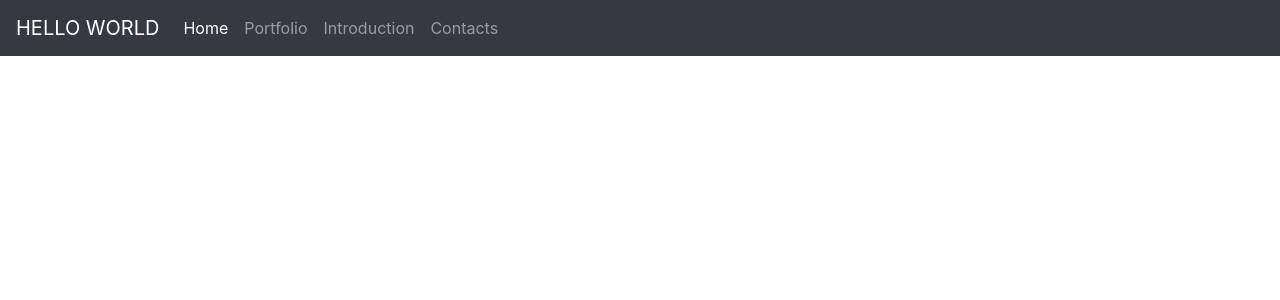
Repository: Code-Institute-Submissions/Zaidcoll-Project1
Page: index.html
The author's editor kept a record of every edit. The page is drawn from the files as they stood at one moment, then again after the next edit.
The browser window is 1280 px wide. The pictures show the whole page.

Above is the page before.

### index.html
<!doctype html>
<html lang="en">
  <head>
    <meta charset="utf-8">
    <meta name="viewport" content="width=device-width, initial-scale=1, shrink-to-fit=no">

    <!-- Bootstrap CSS -->
    <link rel="stylesheet" href="https://stackpath.bootstrapcdn.com/bootstrap/4.3.1/css/bootstrap.min.css" integrity="sha384-ggOyR0iXCbMQv3Xipma34MD+dH/1fQ784/j6cY/iJTQUOhcWr7x9JvoRxT2MZw1T" crossorigin="anonymous">

    <title>Resume</title>
  </head>
  <body>
    <nav class="navbar navbar-expand-lg navbar-dark bg-dark">
		<a class="navbar-brand" href="#">HELLO WORLD</a>
      <button class="navbar-toggler" type="button" data-toggle="collapse" data-target="#navbarSupportedContent" aria-controls="navbarSupportedContent" aria-expanded="false" aria-label="Toggle navigation">
        <span class="navbar-toggler-icon"></span>
      </button>

    <div class="collapse navbar-collapse" id="navbarSupportedContent">
      <ul class="navbar-nav mr-auto">
        <li class="nav-item active">
          <a class="nav-link" href="#">Home <span class="sr-only">(current)</span></a>
          <li> <a class="nav-link" href="#">Portfolio</a></li>
          <li>  <a class="nav-link" href="#">Introduction</a></li>
          <li>  <a class="nav-link" href="#">Contacts</a></li>
        </li>
      </ul>
    </div>
  </nav>



    <script src="https://code.jquery.com/jquery-3.3.1.slim.min.js" integrity="sha384-q8i/X+965DzO0rT7abK41JStQIAqVgRVzpbzo5smXKp4YfRvH+8abtTE1Pi6jizo" crossorigin="anonymous"></script>
    <script src="https://cdnjs.cloudflare.com/ajax/libs/popper.js/1.14.7/umd/popper.min.js" integrity="sha384-UO2eT0CpHqdSJQ6hJty5KVphtPhzWj9WO1clHTMGa3JDZwrnQq4sF86dIHNDz0W1" crossorigin="anonymous"></script>
    <script src="https://stackpath.bootstrapcdn.com/bootstrap/4.3.1/js/bootstrap.min.js" integrity="sha384-JjSmVgyd0p3pXB1rRibZUAYoIIy6OrQ6VrjIEaFf/nJGzIxFDsf4x0xIM+B07jRM" crossorigin="anonymous"></script>
  </body>
</html>

### style.css
body{
    background-color:grey;
}
.hero{
  color:rgb(255, 255, 255);
  background-image:url(Images/hero-image.jpg);
  height:100vh;
  background-size:cover;
  padding-bottom:10vh;
}

After the next edit:
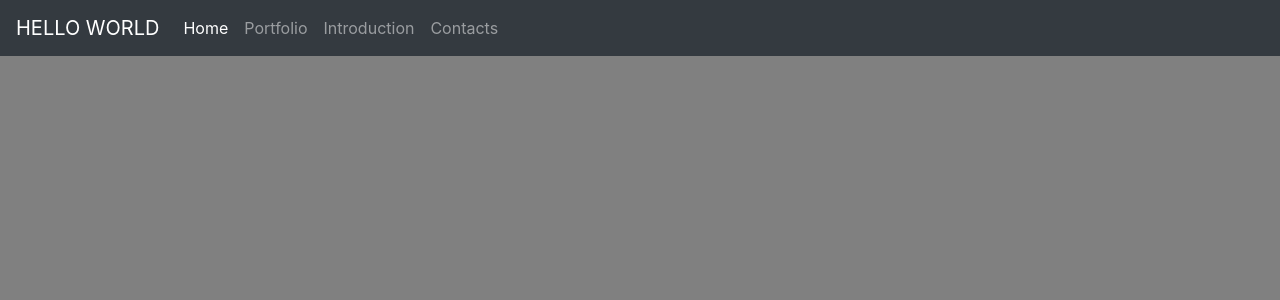
The edit:
--- a/index.html
+++ b/index.html
@@ -6,7 +6,7 @@
 
     <!-- Bootstrap CSS -->
     <link rel="stylesheet" href="https://stackpath.bootstrapcdn.com/bootstrap/4.3.1/css/bootstrap.min.css" integrity="sha384-ggOyR0iXCbMQv3Xipma34MD+dH/1fQ784/j6cY/iJTQUOhcWr7x9JvoRxT2MZw1T" crossorigin="anonymous">
-
+    <link rel="stylesheet" href='style.css'>
     <title>Resume</title>
   </head>
   <body>
